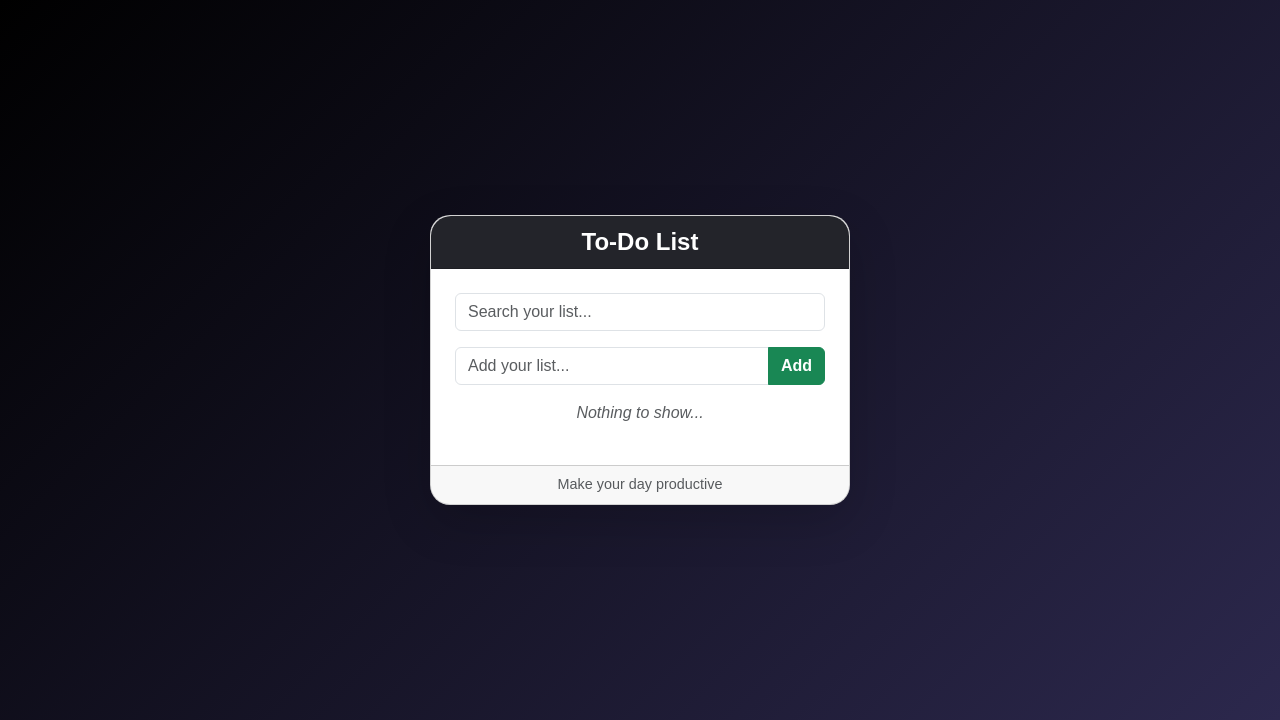
Repository: Dredphoenix/react-todo-app
Page: /
The author's editor kept a copy of each file at every save. The page is drawn from the files as they stood at one save, then again after the next save.
The browser window is 1280 px wide. The pictures show the whole page.
The page's requests for data from a server got no answer. The project was rebuilt for these pictures with package versions that can differ from the ones it lists, and the page was loaded fresh each time. No one was signed in, and anything a server would have sent is missing. Also part of the build but not shown: vite.config.js.

Above is the page before, as saved 2025-10-01 14:43:28.

### src/App.jsx
import React from 'react';
import { BrowserRouter as Router, Routes, Route, Navigate } from 'react-router-dom';
import Home from './pages/Home';

function App() {


  return (
    <Home/>
  );
}

export default App;

### src/pages/Home.jsx
import React, { useState, useEffect } from "react";
import "bootstrap/dist/css/bootstrap.min.css";
import axios from "axios";

const Home = () => {
  const [items, setItems] = useState([]);
  const [input, setInput] = useState("");
  const [editIndex, setEditIndex] = useState(-1);
  const [search, setSearch] = useState("");

  // Fetch items from backend
  useEffect(() => {
    axios.get("http://localhost:5000/lists").then((response) => {
        if (response.data.success && Array.isArray(response.data.data)) {
          setItems(response.data.data);
        }
      }).catch((err) => console.log(err));
  }, []);

  // Add and Update item
  const handleAdd = () => {
    const trimmed = input.trim();
    if (!trimmed) {
      alert("Please enter a valid input");
      return;
    }

    if (editIndex === -1) {
      // Add new
      axios.post("http://localhost:5000/lists", { action: trimmed })
        .then((res) => {
          if (res.data && res.data.data) {
            setItems([...items, res.data.data]);
            setInput("");
          }
        })
        .catch((err) => console.log("Error adding item:", err));
    } else {
      // Update existing
      const itemToUpdate = items[editIndex];
      axios.put(`http://localhost:5000/lists/${itemToUpdate._id}`, { action: trimmed })
        .then((res) => {
          const updatedItems = [...items];
          updatedItems[editIndex] = res.data.data;
          setItems(updatedItems);
          setEditIndex(-1);
          setInput("");
        })
        .catch((err) => console.log("Error updating item:", err));
    }
  };

  // Delete item
  const handleDelete = (index) => {
    const id = items[index]._id;
    axios.delete(`http://localhost:5000/lists/${id}`)
      .then((res) => {
        const updated = items.filter((_, i) => i !== index);
        setItems(updated);
        console.log("Deleted:", res.data);
      })
      .catch((err) => console.log("Error deleting item:", err));
  };

  // Edit item
  const handleEdit = (index) => {
    const item = items[index];
    setInput(item.action || "");
    setEditIndex(index);
  };

  // Search filter
  const filteredItems = items.filter(
    (item) => item.action && item.action.toLowerCase().includes(search.toLowerCase())
  );

  // Add using Enter key
  const handleEnter = (e) => {
    if (e.key === "Enter") handleAdd();
  };

  return (
    <div
      className="min-vh-100 d-flex align-items-center justify-content-center"
      style={{
        background: "linear-gradient(135deg, #000000ff, #2c284dff)",
        fontFamily: "Poppins, sans-serif",
      }}
    >
      <div className="card shadow-lg" style={{ width: "420px", borderRadius: "20px" }}>
        <div
          className="card-header text-center text-white fw-bold"
          style={{
            backgroundColor: "#23242a",
            borderTopLeftRadius: "20px",
            borderTopRightRadius: "20px",
            fontSize: "1.5rem",
          }}
        >
          To-Do List
        </div>

        <div className="card-body p-4">
          {/* Search Input */}
          <div className="input-group mb-3">
            <input
              type="text"
              className="form-control"
              placeholder="Search your list..."
              value={search}
              onChange={(e) => setSearch(e.target.value)}
            />
          </div>

          {/* Add/Edit Input */}
          <div className="input-group mb-3">
            <input
              type="text"
              className="form-control"
              placeholder={editIndex === -1 ? "Add your list..." : "Edit item..."}
              value={input}
              onChange={(e) => setInput(e.target.value)}
              onKeyDown={handleEnter}
            />
            <button
              className={`btn ${editIndex === -1 ? "btn-success" : "btn-primary"} fw-bold`}
              onClick={handleAdd}
            >
              {editIndex === -1 ? "Add" : "Update"}
            </button>
          </div>

          {/* List */}
          {filteredItems.length === 0 ? (
            <p className="text-center text-muted fst-italic">Nothing to show...</p>
          ) : (
            <ul className="list-group list-group-flush">
              {filteredItems.map((item, index) => (
                <li
                  key={item._id}
                  className="list-group-item d-flex justify-content-between align-items-center"
                  style={{
                    borderRadius: "10px",
                    background: "#FFF8E1",
                    marginBottom: "8px",
                  }}
                >
                  <span className="fw-semibold">{item.action}</span>
                  <div>
                    <button
                      className="btn btn-sm btn-outline-primary me-2"
                      onClick={() => handleEdit(index)}
                    >
                      Edit
                    </button>
                    <button
                      className="btn btn-sm btn-outline-danger"
                      onClick={() => handleDelete(index)}
                    >
                      Delete
                    </button>
                  </div>
                </li>
              ))}
            </ul>
          )}
        </div>

        <div
          className="card-footer text-center text-muted"
          style={{
            fontSize: "0.9rem",
            borderBottomLeftRadius: "20px",
            borderBottomRightRadius: "20px",
          }}
        >
          Make your day productive
        </div>
      </div>
    </div>
  );
};

export default Home;

Loaded but not shown: src/main.jsx (common file); src/index.css (no stored copy; drawn as an empty file)

After the next save:
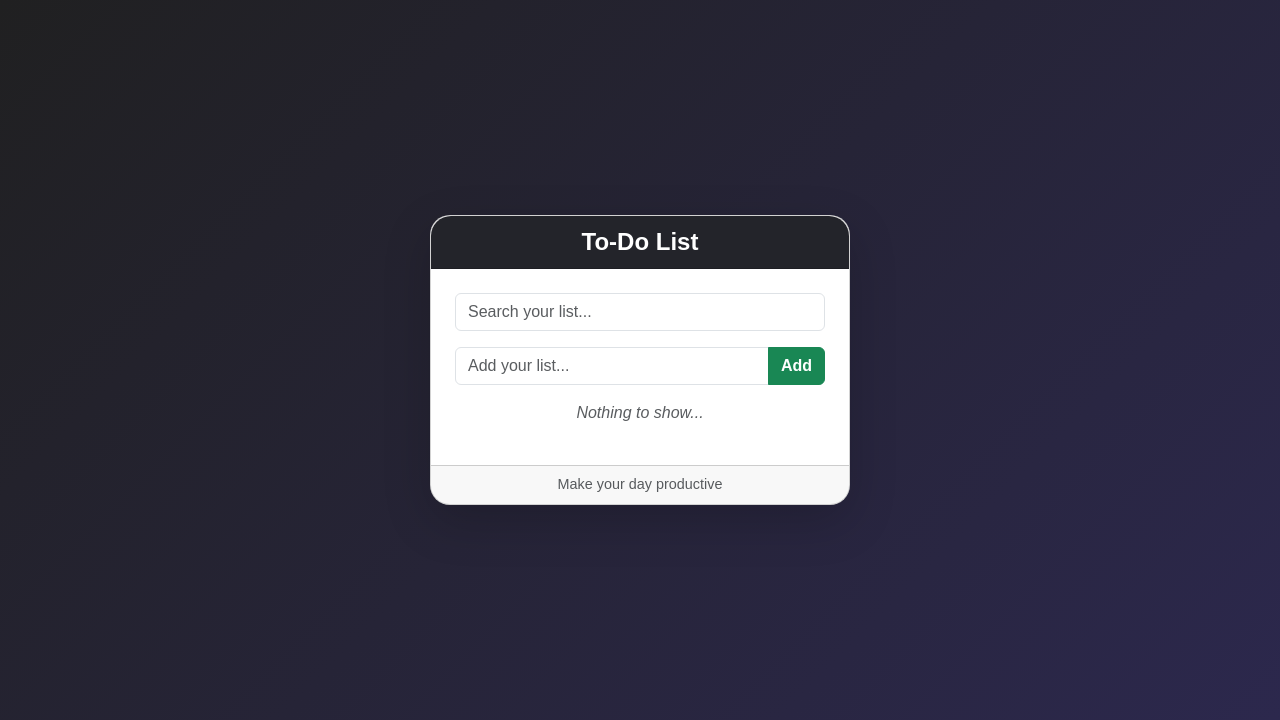
Saved 4 s later.
--- a/src/pages/Home.jsx
+++ b/src/pages/Home.jsx
@@ -83,7 +83,7 @@ const Home = () => {
     <div
       className="min-vh-100 d-flex align-items-center justify-content-center"
       style={{
-        background: "linear-gradient(135deg, #000000ff, #2c284dff)",
+        background: "linear-gradient(135deg, #202021ff, #2c284dff)",
         fontFamily: "Poppins, sans-serif",
       }}
     >
